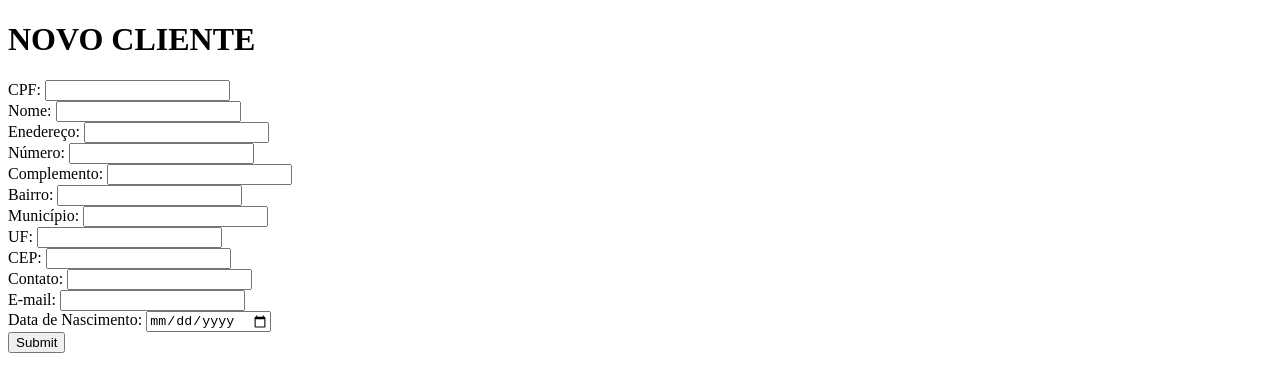
Repository: diegokunha/LojinhaGuru
Page: http://localhost/LojinhaGuru/WEB-INF/views/jsp/formulario.jsp
An editor plug-in stored every save of this project. The page is shown before and after the next save, followed by the edit.
The browser window is 1280 px wide. The pictures show the whole page.
The page is served by Tomcat 9. Nobody is signed in. The template is opened directly, without the code that normally fills it, so the values that code supplies are empty.

Above is the page before, as saved 2017-10-04 05:36:22.

After the next save:
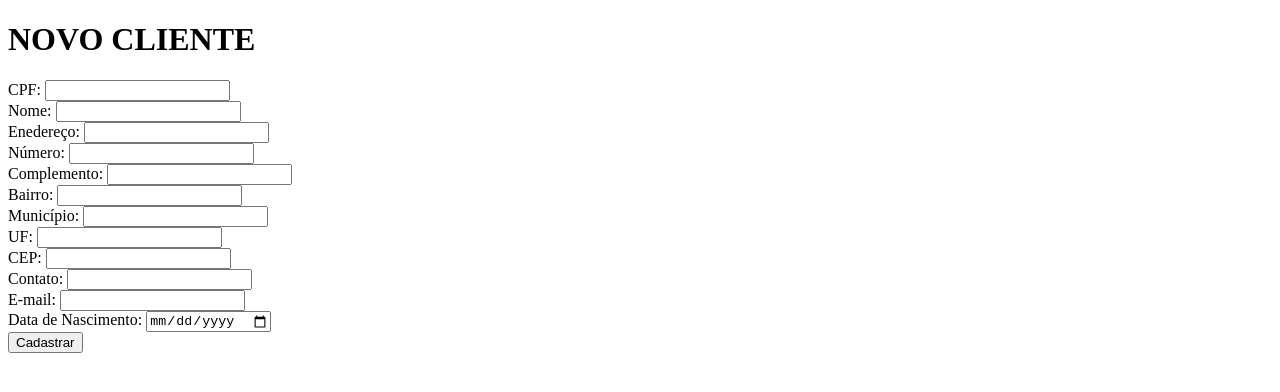
Saved 2 min 44 s later.
--- a/LojinhaGuru/WebContent/WEB-INF/views/jsp/formulario.jsp
+++ b/LojinhaGuru/WebContent/WEB-INF/views/jsp/formulario.jsp
@@ -22,7 +22,7 @@
 			E-mail: <input type="email" name="email"><br />
 			Data de Nascimento: <input type="date" name="dataNasc"><br />
 
-			<input type="submit" value"Cadastrar">
+			<input type="submit" value="Cadastrar">
 		</form>
 
 </body>
